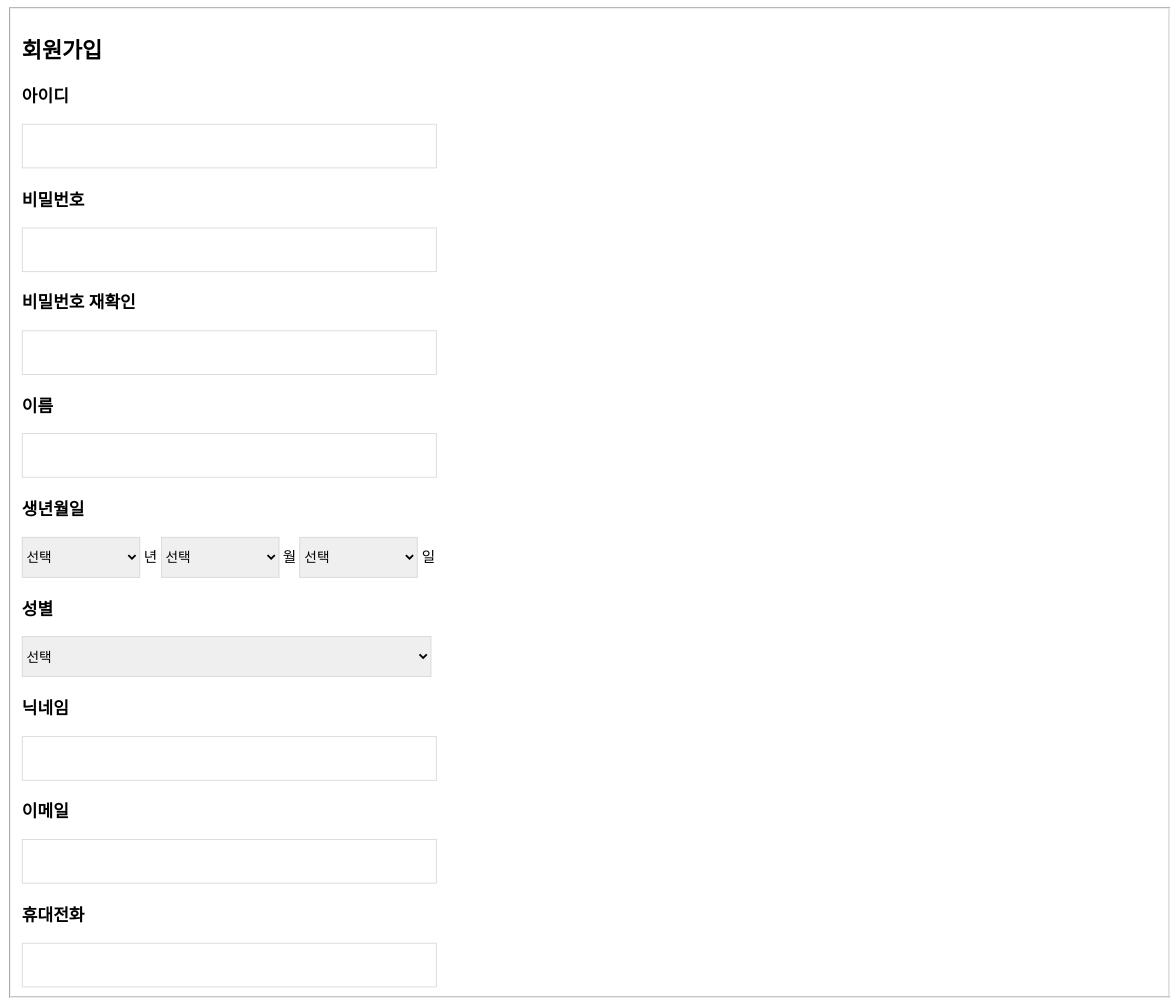
Repository: agheha/trillion
Page: YH/login/login.html
These files come from the project's save history. The page is drawn as it stood at one moment and after a run of saves; the edit follows.
The browser window is 1280 px wide. The page is 1288 px wide, so the pictures cover 1288 px, including what lies to the right of the window. The pictures show the whole page, at 91% of full size.

Above is the page before, as saved 2019-09-03 18:25:59.

After the next 2 saves:
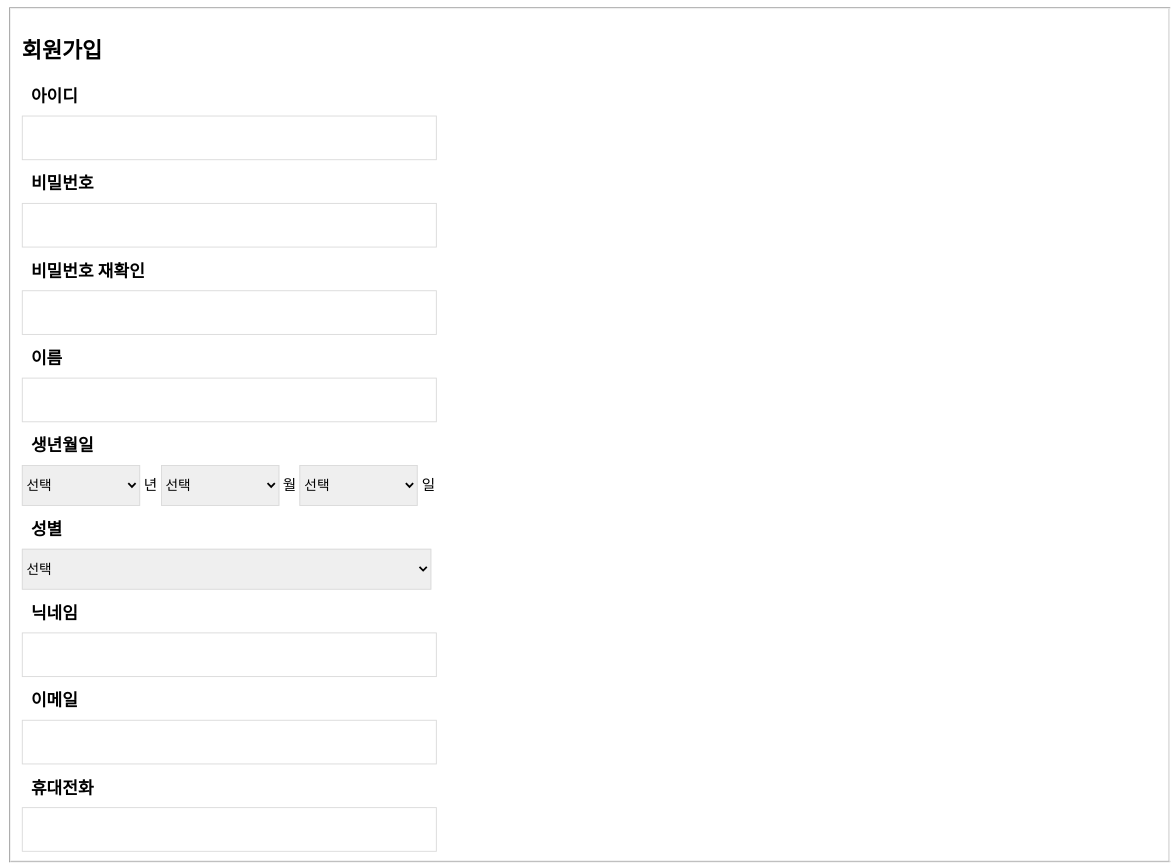
The 2 saves are shown as one change because they came seconds apart.
The last was saved 38 s later.
--- a/YH/login/login.css
+++ b/YH/login/login.css
@@ -23,5 +23,5 @@
     font-size: 15px;
 }
 h3 {
-    margi
+    margin : 10px;
 }

After the save that followed:
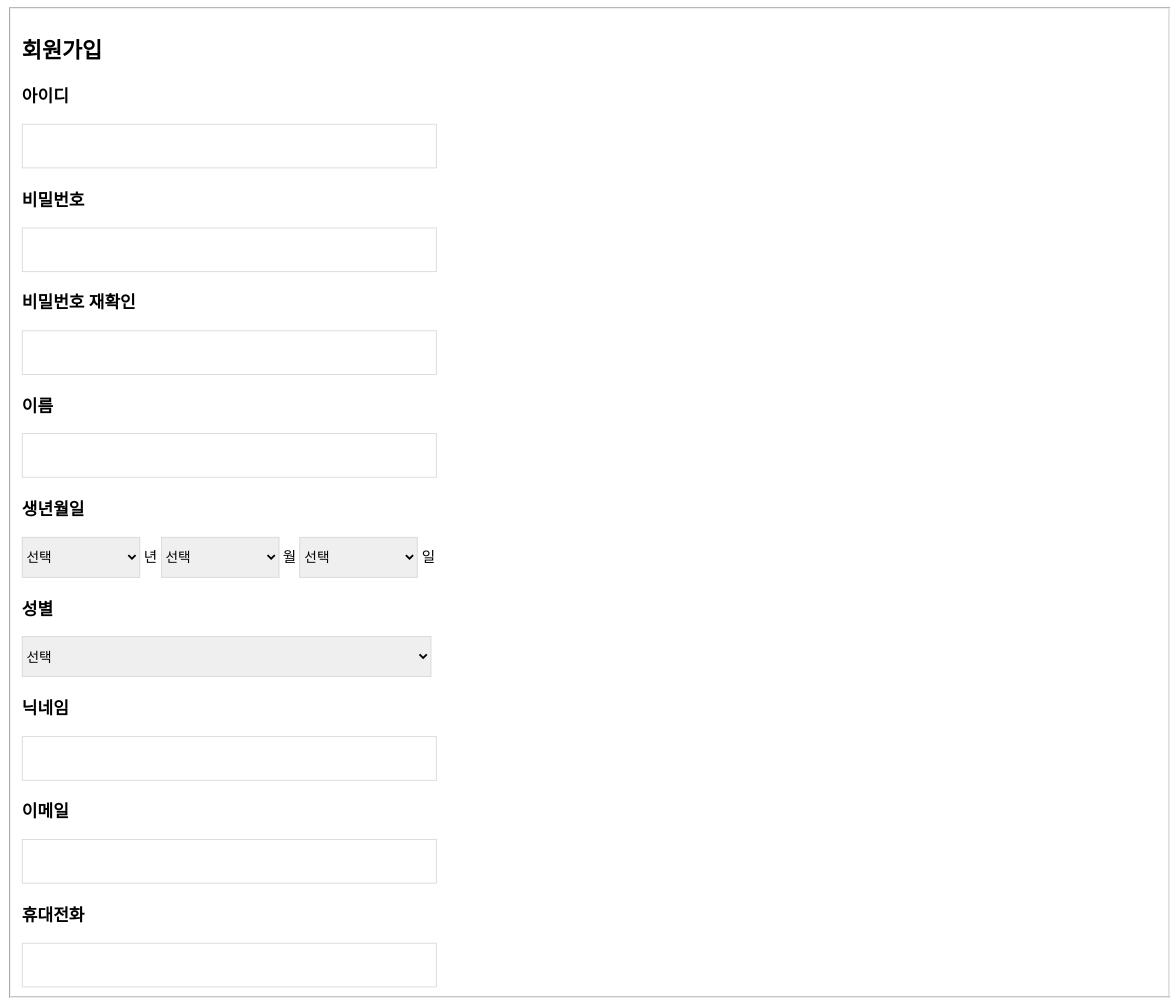
Saved 8 s later.
--- a/YH/login/login.css
+++ b/YH/login/login.css
@@ -23,5 +23,5 @@
     font-size: 15px;
 }
 h3 {
-    margin : 10px;
+    margin : 10px,auto;
 }
